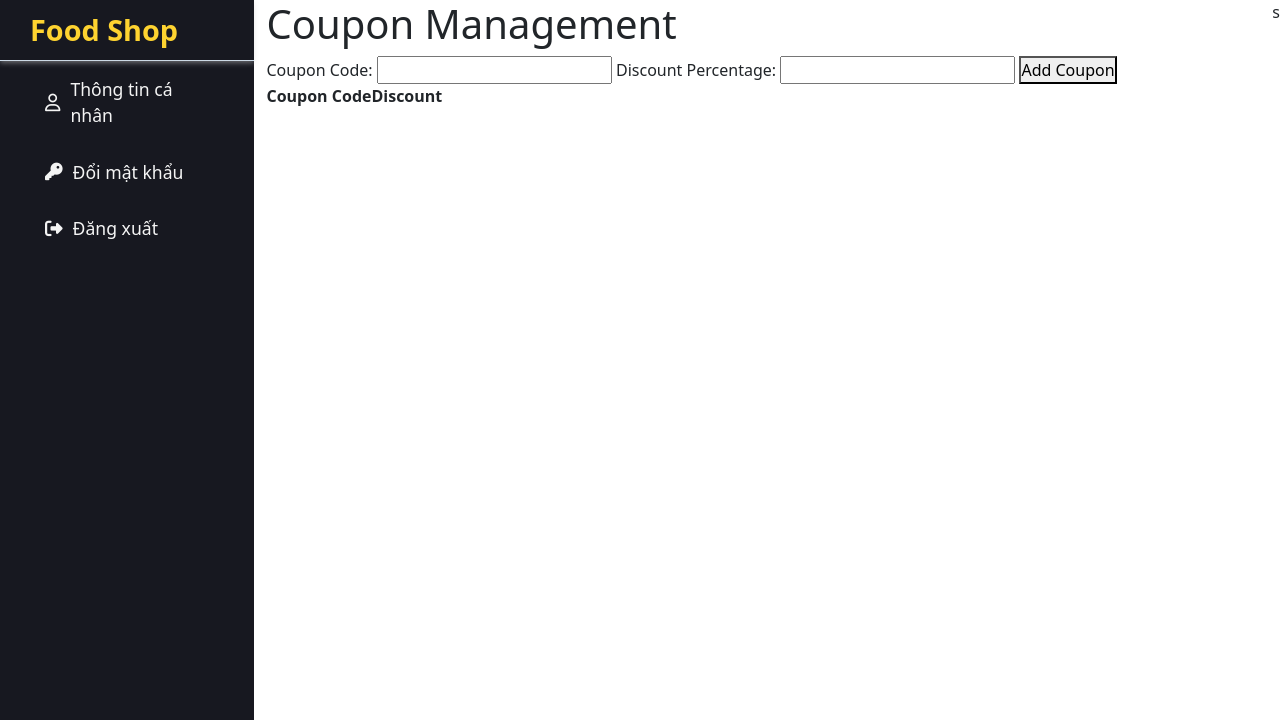
Repository: TuanAnhNguyen723/Restaurant-Projects
Page: http://localhost/discount/discount.php
An editor plug-in stored every save of this project. The page is shown before and after the next save, followed by the edit.
The browser window is 1280 px wide. The pictures show the whole page.
The page is run by PHP 8.4 with error messages shown; the project is at /var/www/html/.

Above is the page before, as saved 2024-06-12 00:50:51.

After the next save:
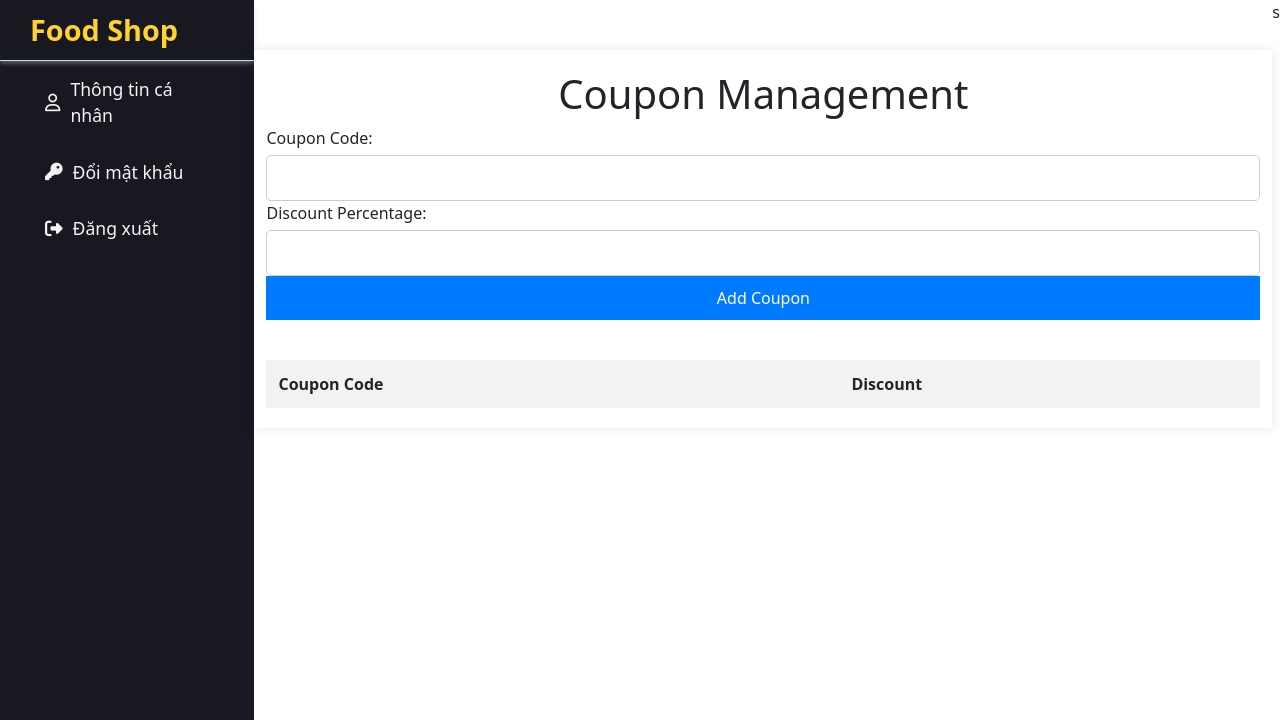
Saved 15 s later.
--- a/discount/discount.css
+++ b/discount/discount.css
@@ -129,3 +129,72 @@ body {
 .text-red {
   color: #ef4444;
 }
+
+
+.container {
+    max-width: 600px;
+    margin: 50px auto;
+    padding: 20px;
+    background-color: #fff;
+    box-shadow: 0 0 10px rgba(0, 0, 0, 0.1);
+}
+
+h1 {
+    text-align: center;
+    margin-bottom: 20px;
+}
+
+.form-container {
+    margin-bottom: 20px;
+}
+
+form {
+    display: flex;
+    flex-direction: column;
+}
+
+label {
+    margin-bottom: 5px;
+}
+
+input {
+    margin-bottom: 10px;
+    padding: 10px;
+    font-size: 16px;
+    border: 1px solid #ccc;
+    border-radius: 5px;
+}
+
+button {
+    padding: 10px;
+    font-size: 16px;
+    color: #fff;
+    background-color: #007bff;
+    border: none;
+    border-radius: 5px;
+    cursor: pointer;
+}
+
+button:hover {
+    background-color: #0056b3;
+}
+
+.table-container {
+    overflow-x: auto;
+}
+
+table {
+    width: 100%;
+    border-collapse: collapse;
+    margin-top: 20px;
+}
+
+th, td {
+    padding: 12px;
+    border: 1px solid #ddd;
+    text-align: left;
+}
+
+th {
+    background-color: #f2f2f2;
+}
